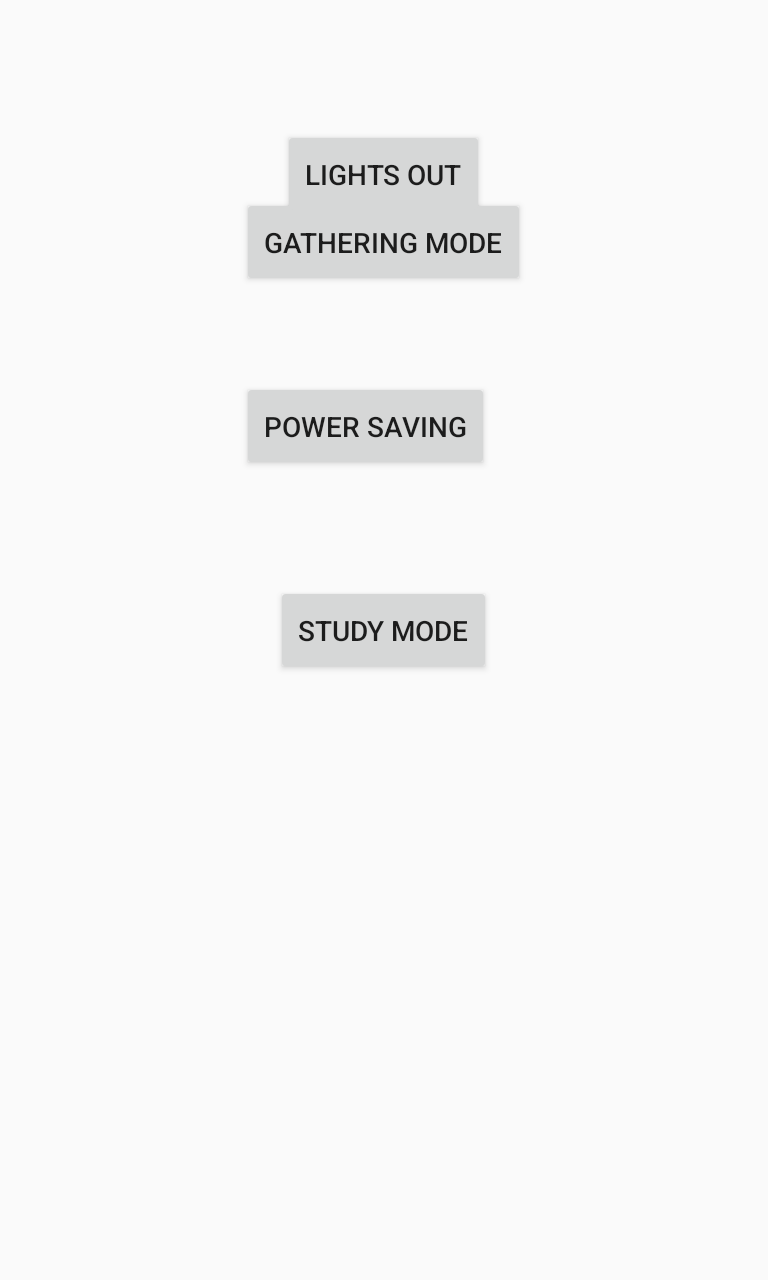
Repository: LogInc/oscar_app
Layout: Android/Oscar/res/layout/activity_modes.xml
An editor plug-in stored every save of this project. The layout is shown before and after the next save, followed by the edit.
It is drawn on a 768 x 1280 px phone screen (xhdpi) without system bars, with theme AppTheme; the app's code is not run.

Above is the layout before, as saved 2015-02-19 14:14:05.

### Android/Oscar/res/layout/activity_modes.xml
<RelativeLayout xmlns:android="http://schemas.android.com/apk/res/android"
    xmlns:tools="http://schemas.android.com/tools"
    android:layout_width="match_parent"
    android:layout_height="match_parent"
    tools:context="${relativePackage}.${activityClass}" >

    <Button
        android:id="@+id/gMode"
        android:layout_width="wrap_content"
        android:layout_height="wrap_content"
        android:layout_alignParentTop="true"
        android:layout_centerHorizontal="true"
        android:layout_marginTop="97dp"
        android:text="@string/Gathering" />

    <Button
        android:id="@+id/powerSavings"
        android:layout_width="wrap_content"
        android:layout_height="wrap_content"
        android:layout_alignLeft="@+id/gMode"
        android:layout_below="@+id/gMode"
        android:layout_marginTop="44dp"
        android:text="@string/Power" />

    <Button
        android:id="@+id/Study"
        android:layout_width="wrap_content"
        android:layout_height="wrap_content"
        android:layout_below="@+id/powerSavings"
        android:layout_centerHorizontal="true"
        android:layout_marginTop="54dp"
        android:text="@string/Study" />

    <Button
        android:id="@+id/button4"
        android:layout_width="wrap_content"
        android:layout_height="wrap_content"
        android:layout_below="@+id/button3"
        android:layout_centerHorizontal="true"
        android:layout_marginTop="63dp"
        android:text="@string/LightsOut" />

</RelativeLayout>

### Android/Oscar/res/values/strings.xml
<?xml version="1.0" encoding="utf-8"?>
<resources>

    <string name="app_name">Oscar</string>
    <string name="title_activity_login">Login</string>
    <string name="hello_world">Hello world!</string>
    <string name="Password">Password</string>
    <string name="Username">Username</string>
    <string name="SignIn">Sign In</string>
    <string name="title_activity_home">Home</string>
    <string name="Modes">House Modes</string>
    <string name="OscarHouse">Enter Oscar Home</string>
    <string name="title_activity_modes">Modes</string>
    <string name="Gathering">Gathering Mode</string>
    <string name="Power">Power Saving</string>
    <string name="LightsOut">Lights Out</string>
    <string name="Study">Study Mode</string>

</resources>

Loaded but not shown: Android/Oscar/res/values/styles.xml (common file); Android/Oscar/res/values-v11/styles.xml (common file); Android/Oscar/res/values-v14/styles.xml (common file)

After the next save:
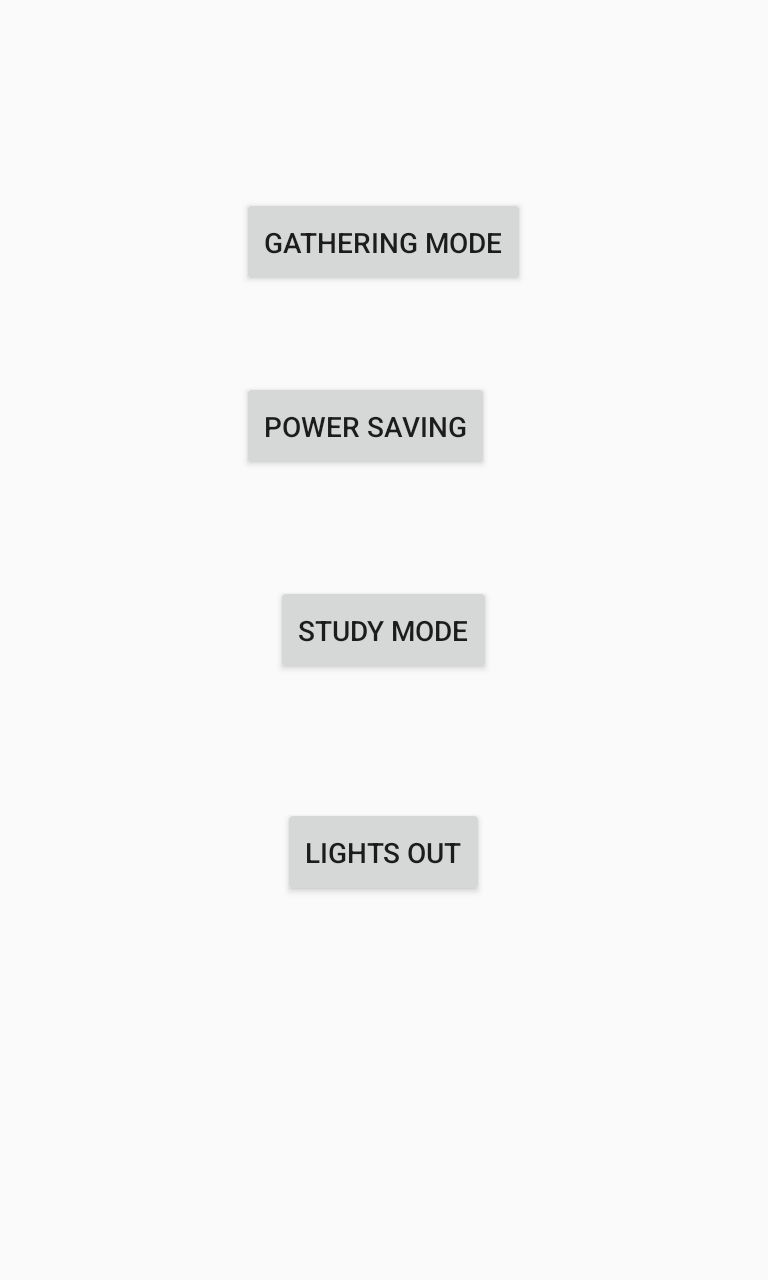
Saved 16 s later.
--- a/Android/Oscar/res/layout/activity_modes.xml
+++ b/Android/Oscar/res/layout/activity_modes.xml
@@ -35,7 +35,7 @@
         android:id="@+id/button4"
         android:layout_width="wrap_content"
         android:layout_height="wrap_content"
-        android:layout_below="@+id/button3"
+        android:layout_below="@+id/Study"
         android:layout_centerHorizontal="true"
         android:layout_marginTop="63dp"
         android:text="@string/LightsOut" />
